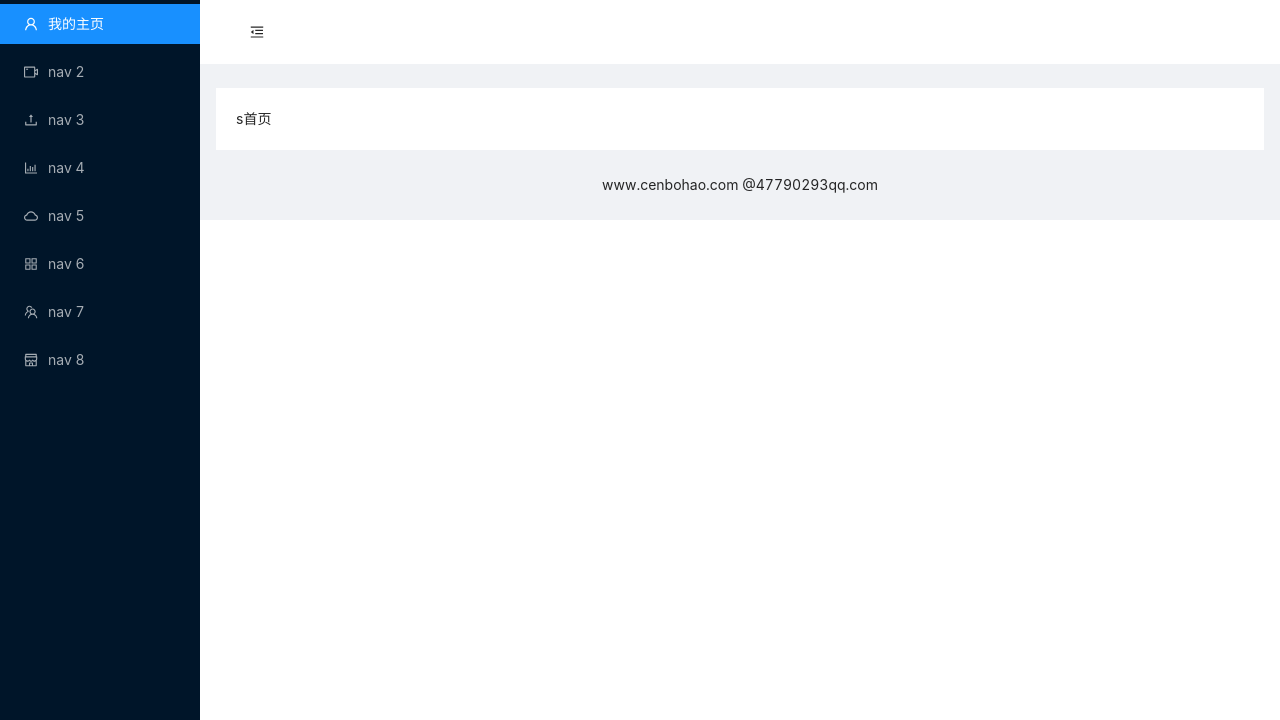
Repository: CBH20010703/bolgsweb
Page: / (app in blogs/)
The author's editor kept a copy of each file at every save. The page is drawn from the files as they stood at one save, then again after a run of saves.
The browser window is 1280 px wide. The pictures show the whole page.
The project was rebuilt for these pictures with package versions that can differ from the ones it lists, and the page was loaded fresh each time. Also part of the build but not shown: blogs/src/component/Menu/MenuList.css, blogs/src/view/Home/Home.css, blogs/src/view/404/Error.jsx, blogs/src/view/NavCode/NavCode.jsx.

Above is the page before, as saved 2021-06-27 01:03:39.

### blogs/src/index.js
import React from 'react';
import ReactDOM from 'react-dom';
import './index.css';
import App from './App';



ReactDOM.render(<App />,document.getElementById('root'));

### blogs/src/App.js
import './App.css';
import { React, Component } from "react";
import Headers from './component/Header/Headers';
import MenuList from './component/Menu/MenuList';
import Footers from './component/Footer/Footers';
import RouterMap from './router/RouterMap';
import { Layout} from 'antd';

const {  Content, Sider } = Layout;
export default class  App extends Component {
  constructor(props) {
    super(props);
    this.state = {  collapsed: false, }
  }
  toggle = (data) => {
     console.log(data)
    this.setState({
      collapsed: data,
    });
  };
  render() {
    return (
      <Layout>
    <Sider  trigger={null} collapsible collapsed={this.state.collapsed}
      style={{
        overflow: 'auto',
        height: '100vh',
        position: 'fixed',
        left: 0,
      }}
    >
       <MenuList/>
    </Sider>
    <Layout className="site-layout" style={{ paddingLeft:this.state.collapsed?"50px":"200px" }}>
      <Headers toggle={this.toggle} parent={this.state.collapsed}></Headers>
          <Content style={{ margin: '24px 16px 0', height: "auto", background:"#fff" }}>
          <RouterMap  />
        </Content>
      <Footers/>
    </Layout>
  </Layout>
    );
  }
}

### blogs/src/component/Header/Headers.jsx
import React, { Component } from 'react'
import { Layout } from 'antd';


import {
  MenuUnfoldOutlined,
  MenuFoldOutlined,
} from '@ant-design/icons';
import "./Headers.css"
const { Header } = Layout;
export default class Headers extends Component {
    constructor(props) {
        super(props)
        this.state = {
            isShow:false
        }
    }
    Tab = () => {
        let { isShow } = this.state;
        this.setState({
            isShow:!isShow
        })
        this.props.toggle(isShow);

    }
    render() {

        return (

                <Header className="site-layout-background" style={{ padding: this.state.isShow?"0":true }} >
                     {React.createElement(this.state.isShow ? MenuUnfoldOutlined : MenuFoldOutlined, {
              className: 'trigger',
              onClick:this.Tab,
            })}
                </Header>

        )
    }
}

### blogs/src/component/Menu/MenuList.jsx
import React, { Component } from 'react'
import { Menu } from 'antd';
import "./MenuList.css"
import {
  AppstoreOutlined,
  BarChartOutlined,
  CloudOutlined,
  ShopOutlined,
  TeamOutlined,
  UserOutlined,
  UploadOutlined,
  VideoCameraOutlined,
} from '@ant-design/icons';
export default class MenuList extends Component {
  render() {
    return (


        <Menu theme="dark" mode="inline" defaultSelectedKeys={['1']}>
          <Menu.Item key="1"  icon={<UserOutlined />}>
            我的主页
          </Menu.Item>
          <Menu.Item key="2" icon={<VideoCameraOutlined />}>
            nav 2
          </Menu.Item>
          <Menu.Item key="3" icon={<UploadOutlined />}>
            nav 3
          </Menu.Item>
          <Menu.Item key="4" icon={<BarChartOutlined />}>
            nav 4
          </Menu.Item>
          <Menu.Item key="5" icon={<CloudOutlined />}>
            nav 5
          </Menu.Item>
          <Menu.Item key="6" icon={<AppstoreOutlined />}>
            nav 6
          </Menu.Item>
          <Menu.Item key="7" icon={<TeamOutlined />}>
            nav 7
          </Menu.Item>
          <Menu.Item key="8" icon={<ShopOutlined />}>
            nav 8
          </Menu.Item>
        </Menu>

    )
  }
}

### blogs/src/component/Footer/Footers.jsx
import React, { Component } from 'react'
import { Layout } from 'antd';
const {  Footer } = Layout;
export default class Footers extends Component {
    render() {
        return (
            <div>
               <Footer style={{ textAlign: 'center' }}>www.cenbohao.com @47790293qq.com</Footer>
            </div>
        )
    }
}

### blogs/src/router/RouterMap.js
import React from 'react'
import { BrowserRouter, Route, Switch} from 'react-router-dom'
import Home from "../view/Home/Home.jsx";
import Error from "../view/404/Error.jsx";
import Navcode from "../view/NavCode/NavCode.jsx"
export default class RouterMap  extends React.Component {
    render() {
        return (
            <div>
            <BrowserRouter>
                <Switch>
                        <Route exact path="/"  component={Home}/>
                         <Route exact path="/NavCode" component={Navcode} />
                    <Route  path="*" component={Error} />
               </Switch>
            </BrowserRouter>
           </div>
        )
    }
}

### blogs/src/component/Header/Headers.css
.site-layout .site-layout-background {
    background: #fff;
}

### blogs/src/view/Home/Home.jsx
import React, { Component } from 'react'

import "./Home.css"
export default class Home extends Component {

    handleClick = e => {
        console.log('click ', e);
    };
    render() {
        return (
            <div style={{ padding: "20px" }}>
                s首页
            </div>
        )
    }
}

Loaded but not shown: blogs/public/index.html (common file); blogs/src/index.css (common file); blogs/src/App.css (common file)

After the next 2 saves:
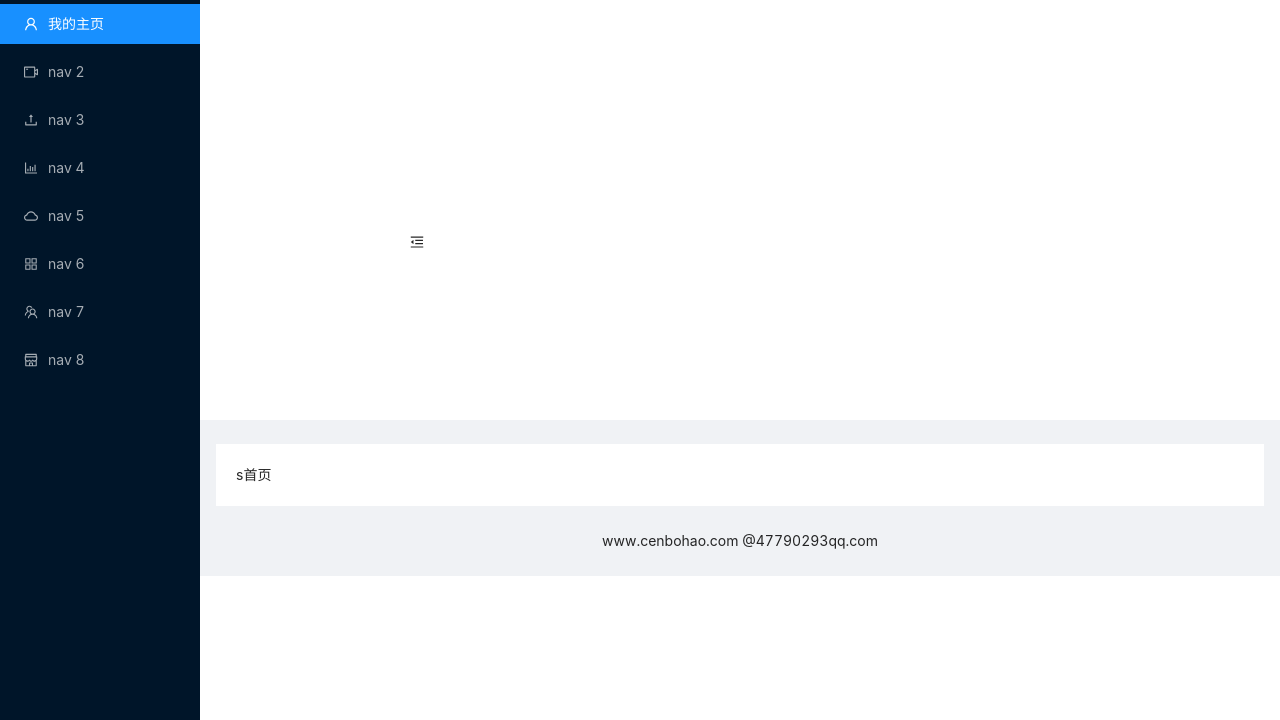
The 2 saves are shown as one change because they came seconds apart.
The last was saved 14 s later.
--- a/blogs/src/component/Header/Headers.jsx
+++ b/blogs/src/component/Header/Headers.jsx
@@ -27,7 +27,7 @@
 
         return (
 
-                <Header className="site-layout-background" style={{ padding: this.state.isShow?"0":true }} >
+                <Header className="site-layout-background" style={{ padding: this.state.isShow?"60px":"210px" }} >
                      {React.createElement(this.state.isShow ? MenuUnfoldOutlined : MenuFoldOutlined, {
               className: 'trigger',
               onClick:this.Tab,

After the save that followed:
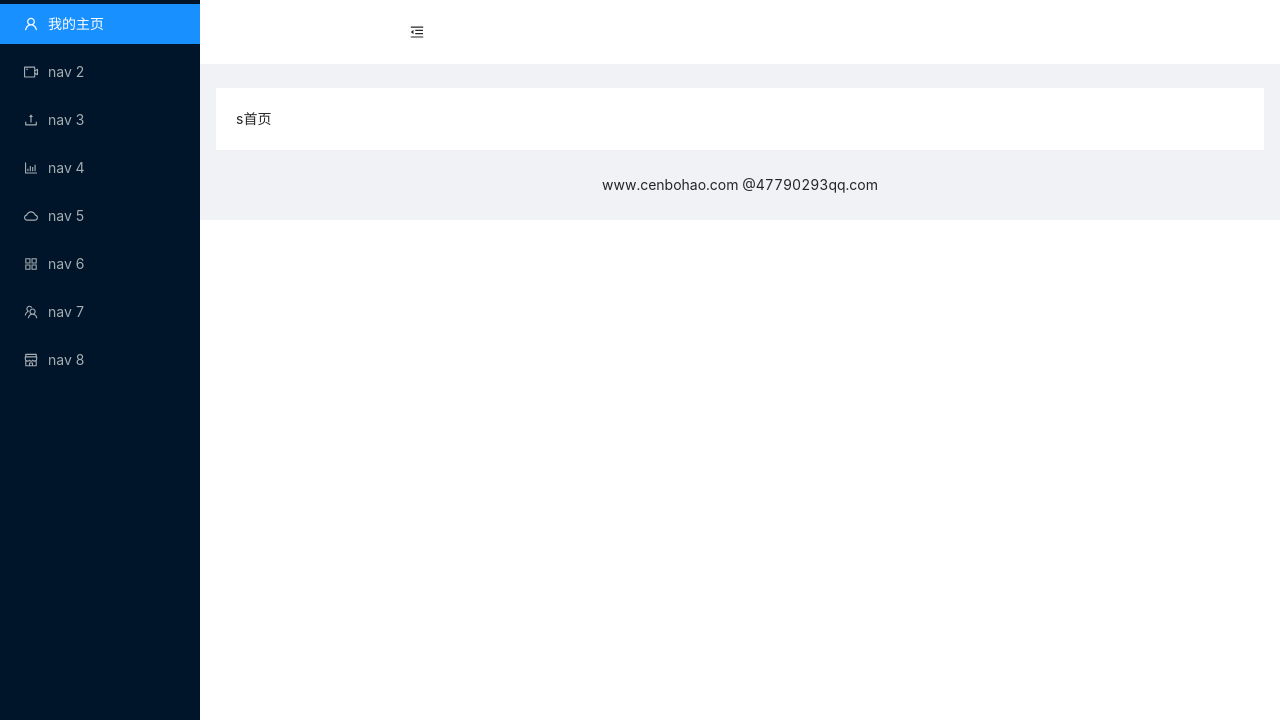
Saved 12 s later.
--- a/blogs/src/component/Header/Headers.jsx
+++ b/blogs/src/component/Header/Headers.jsx
@@ -27,7 +27,7 @@
 
         return (
 
-                <Header className="site-layout-background" style={{ padding: this.state.isShow?"60px":"210px" }} >
+                <Header className="site-layout-background" style={{ paddingLeft: this.state.isShow?"60px":"210px" }} >
                      {React.createElement(this.state.isShow ? MenuUnfoldOutlined : MenuFoldOutlined, {
               className: 'trigger',
               onClick:this.Tab,
